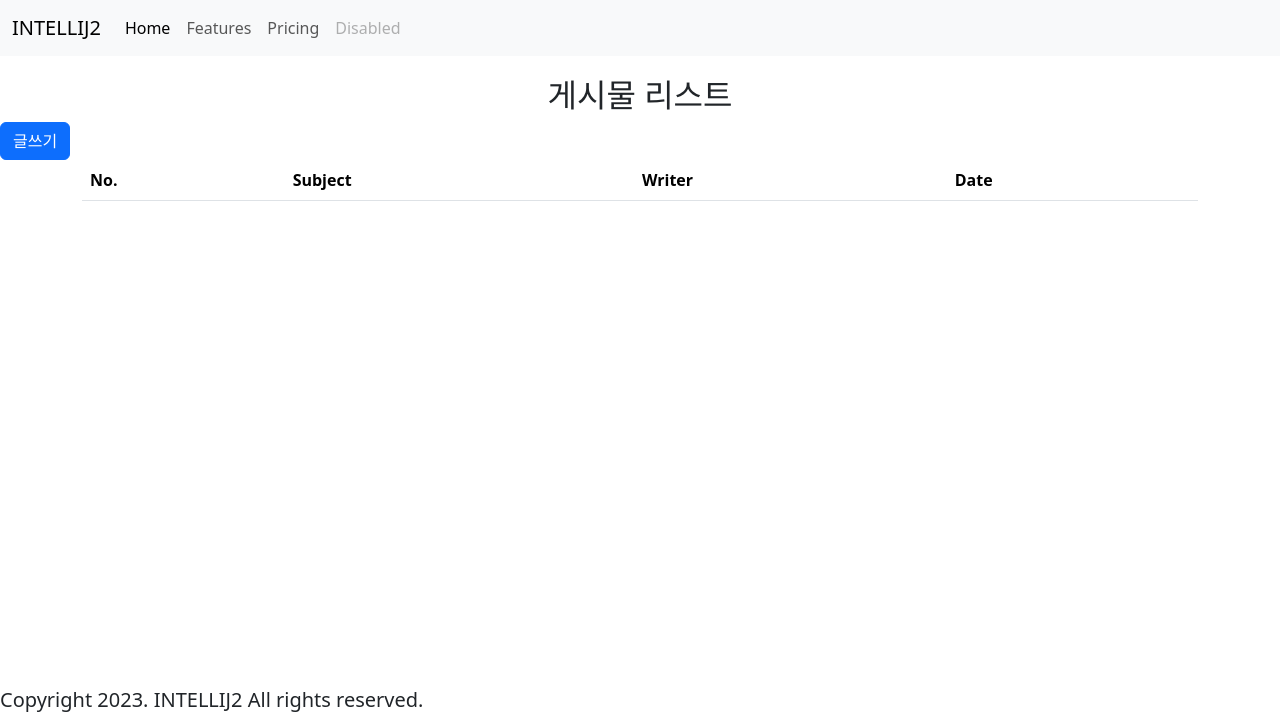
Repository: Jae-yi/JSPMybatis
Page: http://localhost/JspMybatisSub/WEB-INF/views/board/list.jsp
These files come from the project's save history. The page is drawn as it stood at one moment and after the next save; the edit follows.
The browser window is 1280 px wide. The pictures show the whole page.
The page is served by Tomcat 9. Nobody is signed in. The template is opened directly, without the code that normally fills it, so the values that code supplies are empty.

Above is the page before, as saved 2023-01-17 07:36:18.

After the next save:
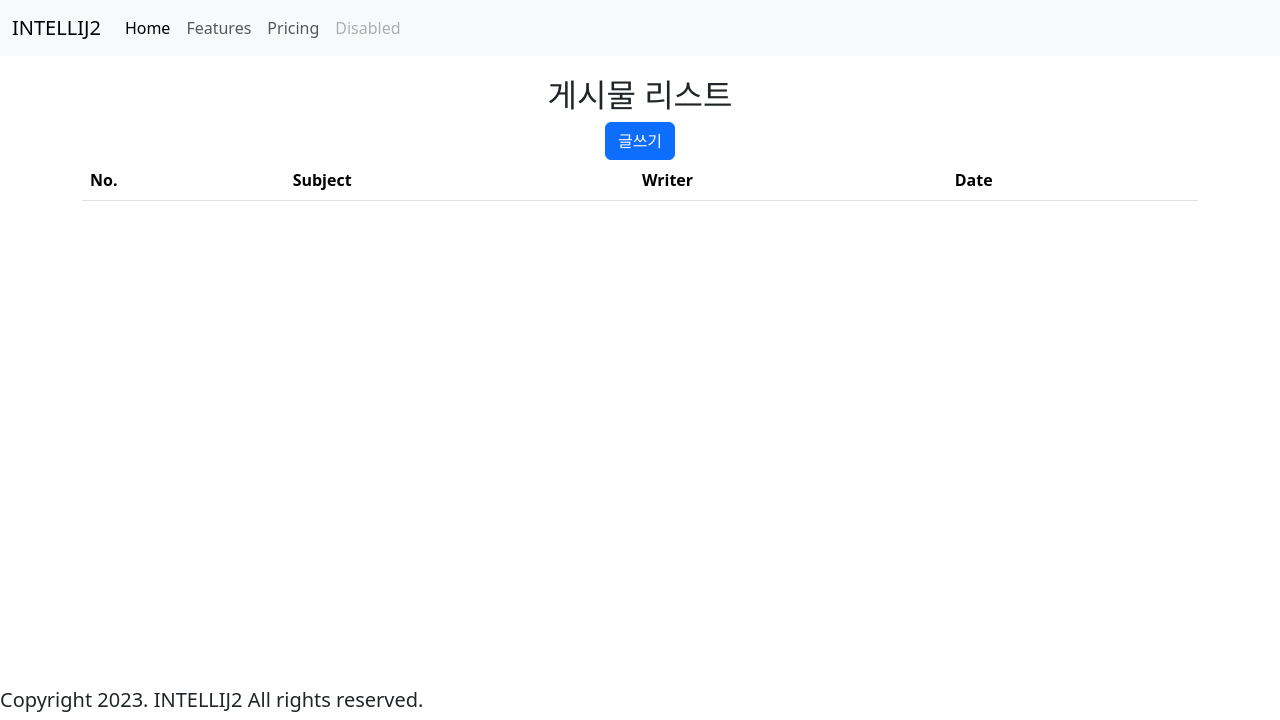
Saved 78 s later.
--- a/JspMybatisSub/src/main/webapp/WEB-INF/views/board/list.jsp
+++ b/JspMybatisSub/src/main/webapp/WEB-INF/views/board/list.jsp
@@ -13,9 +13,10 @@
 	<h2 style="text-align: center">게시물 리스트</h2>
 
 	<div class="list-container">
-	<button class="btn btn-primary" onclick="location.href='/insert'">글쓰기</button>
+
 
 	<div class="container">
+	<button class="btn btn-primary" style="display:block; margin:auto" onclick="location.href='/insert'" >글쓰기</button>
 		<table class="table table-hover">
 			<tr>
 				<th>No.</th>
